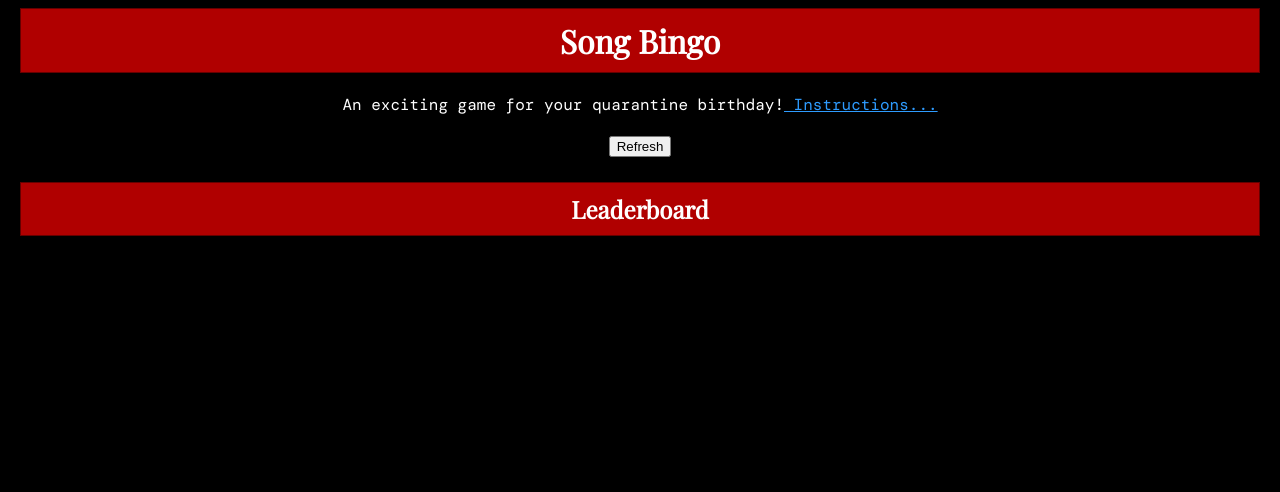
Repository: salsal97/birthday-bingo
Page: bingo.html
An editor plug-in stored every save of this project. The page is shown before and after the next save, followed by the edit.
The browser window is 1280 px wide. The pictures show the whole page.

Above is the page before, as saved 2020-05-23 20:04:03.

### bingo.html
<!--
Author: Saloni Goel, 2020
Previous Author: Werner Stoop, 2012
-->
<html>

<head>
    <link href='https://fonts.googleapis.com/css?family=Playfair+Display' rel='stylesheet'>
    <link href='https://fonts.googleapis.com/css?family=DM+Mono' rel='stylesheet'>
    <link rel="stylesheet" type="text/css" href="bingo.css">
    <title>Song Bingo</title>
    <!-- <script type="text/javascript" src="songs.json"></script> -->
    <script type="text/javascript">
        // var fs = require('fs');
        // var songs = fs.readFileSync("songs.json", "utf8");
        // var songs = $.getJSON("https://birthday-bingo.azurewebsites.net/songs.json");

        // var data = JSON.parse("https://birthday-bingo.azurewebsites.net/songs.json"); //.data;
        // var N = JSON.parse(songs).N;
        var N = 3;
        var data = [{
            friend: "p1",
            quote: "\" 1 Sun shining \"",
            song: "1 Sun shining",
            link: "www.youtube.com",
            artist: "1 art"
        }, {
            friend: "p2",
            quote: "\" 2 Sun shining \"",
            song: "2 Sun shining",
            link: "www.youtube.com",
            artist: "2 art"
        }, {
            friend: "p3",
            quote: "\" 3 Sun shining \"",
            song: "3 Sun shining",
            link: "www.youtube.com",
            artist: "3 art"
        }, {
            friend: "p4",
            quote: "\" 4 Sun shining \"",
            song: "4 Sun shining",
            link: "www.youtube.com",
            artist: "4 art"
        }, {
            friend: "p5",
            quote: "\" 5 Sun shining \"",
            song: "5 Sun shining",
            link: "www.youtube.com",
            artist: "5 art"
        }, {
            friend: "p6",
            quote: "\" 6 Sun shining \"",
            song: "6 Sun shining",
            link: "www.youtube.com",
            artist: "6 art"
        }, {
            friend: "p7",
            quote: "\" 7 Sun shining \"",
            song: "7 Sun shining",
            link: "www.youtube.com",
            artist: "7 art"
        }, {
            friend: "p8",
            quote: "\" 8 Sun shining \"",
            song: "8 Sun shining",
            link: "www.youtube.com",
            artist: "8 art"
        }, {
            friend: "p9",
            quote: "\" 9 Sun shining \"",
            song: "9 Sun shining",
            link: "www.youtube.com",
            artist: "9 art"
        }];

        var cells = {};

        function generate() {
            var usedWords = [];

            var node = document.getElementById("grid");

            // generate/restart game
            if (node.innerHTML && !confirm("Are you sure you want to regenerate?"))
                return;

            var html = '<table border="0">';
            for (var y = 0; y < N; y++) {
                html += "<tr>"
                for (var x = 0; x < N; x++) {

                    // pick a random object
                    // do {
                    // 	var i = Math.round(Math.random() * (N*N - 1));
                    // 	var obj = data[x+y*N];
                    // } while(usedWords.indexOf(obj.friend) >= 0);
                    // usedWords.push(obj.friend);
                    var obj = data[x + y * N];

                    // append object html
                    html += '<td id="cell_' + x + '_' + y + '" ><label><input id="chk-cell_' + x + '_' + y + '" type="button" onclick="cellClicked(\'cell_' + x + '_' + y + "')\">" + obj.song + " - " + obj.artist + "<br>" + obj.quote + "</label></td>";
                }
                html += "</tr>"
            }
            html += "</table>";
            node.innerHTML = html;
            // node.innerHTML = "<p>"+data+" puppy 1";
            save("bingo.grid", html);
            saveGameState();
        }

        /* http://diveintohtml5.info/storage.html */
        function supports_html5_storage() {
            try {
                return 'localStorage' in window && window['localStorage'] !== null;
            } catch (e) {
                return false;
            }
        }

        function cellClicked(id) {
            var c = document.getElementById("chk-" + id);
            var d = document.getElementById(id);
            var temp = id.split("_");
            var i = Number(temp[1]) + Number(temp[2]) * N;

            var person = prompt("Enter the name of the friend " + data[i].friend).toLowerCase();
            if (person != null) {
                if (person == data[i].friend) {
                    d.innerHTML = data[i].friend.toUpperCase();
                    d.style.backgroundColor = "#114C80";
                    //   d.className =(c.checked)?"highlight":"";
                } else {
                    d.style.backgroundColor = "#E69D29";
                    if (!d.innerHTML.endsWith(", ")) {
                        d.innerHTML += "<br> Wrong guess: ";
                    }
                    d.innerHTML += person + ", ";
                }
            }
            saveGameState();
        }

        function saveGameState() {
            for (var y = 0; y < N; y++) {
                for (var x = 0; x < N; x++) {
                    var id = 'cell_' + x + '_' + y;
                    var c = document.getElementById("chk-" + id);
                    if (id1.localeCompare(id) != 0)
                        save("bingo." + id1 + "--------" + id, c.checked);
                    else
                        save("bingo." + id + "_" + person, c.checked);
                }
            }
        }

        function loadGameState() {
            for (var y = 0; y < N; y++) {
                for (var x = 0; x < N; x++) {
                    var id = 'cell_' + x + '_' + y;
                    var c = document.getElementById("chk-" + id);
                    c.checked = (load("bingo." + id) == 'true');
                    var d = document.getElementById(id);
                    d.className = (c.checked) ? "highlight" : "";
                }
            }
        }

        function toggle(id) {
            var elem = document.getElementById(id);
            if (elem.style.display == "block")
                elem.style.display = "none";
            else
                elem.style.display = "block";
        }

        save = function(key, value) {};
        load = function(key) {
            return null
        };

        function start() {
            if (supports_html5_storage()) {
                save = function(key, value) {
                    localStorage.setItem(key, value);
                };
                load = function(key) {
                    return localStorage.getItem(key);
                };
            } else {
                alert("Your browser does not support localStorage.\nYou won't be able to persist the Bingo grid.\nUpgrading your browser may help.");
                return;
            }

            var grid = load("bingo.grid");
            if (grid) {
                console.log("Loaded a previously generated grid");
                var node = document.getElementById("grid");
                node.innerHTML = grid;
                loadGameState();
            }
        }
    </script>
</head>

<body onLoad="start()">
    <h1>Song Bingo</h1>

    <p>An exciting game for your quarantine birthday!<a href="javascript:toggle('instructions');"> Instructions...</a></p>

    <noscript>
<div class="error">
<strong>Problem:</strong>
<p><em>
You do not have JavaScript enabled. JavaScript must be enabled for this application to work.
</em></p>
</div>
</noscript>

    <div id="instructions">
        <h2>Instructions</h2>
        <ol>
            <noscript><li>Enable JavaScript</li></noscript>
            <li>Click <strong>Refresh</strong> to create your Bingo board.</li>
            <li>In the boxes you see the name of a song, its artist, and a quote from the song that someone chose for you </li>
            <li>Click on the button in the box to guess who chose this song! </li>
            <li>If your guess is right, the box will change color and display the name of the person (: </li>
            <li>If your guess is wrong, the box will show you your incorrect guess to help you narrow your search </li>
            <li>HINT: The main page of this website should be populated with the people who participated! We restricted this to first names to make it easy </li>
        </ol>
    </div>
    <form>
        <input type="button" value="Refresh" onClick="generate();" />
    </form>
    <div id="grid"></div>
    <h2>Leaderboard</h2>
    <div id="leaderboard"></div>
</body>

</html>

### bingo.css
body {
    color: white;
    background: black;
    text-align: center;
    font-family: DM Mono;
    margin-left: 20px;
    margin-right: 20px
}

a {
    color: #2E9CFF
}

h1 {
    background: #B00000;
    text-align: center;
    font-family: Playfair Display;
    padding: 10px;
    border: 1px solid #650000;
}

h2 {
    background: #B00000;
    font-family: Playfair Display;
    text-align: center;
    padding: 10px;
    border: 1px solid #650000;
}

table {
    margin-left: auto;
    margin-right: auto
}

td {
    background: #1769B3;
    padding: 10px 20px;
    text-align: center;
    border: 1px solid black;
}

.error {
    background-color: #FF7F7F;
    color: red;
    padding: 5px;
    margin: 20px 50px;
    border: 1px solid red;
}

td label {
    cursor: pointer;
    text-align: center;
}

form {
    margin: 5px;
    padding: 5px;
    color: green;
}

#instructions {
    display: none;
    border: 1px solid #650000;
    margin: 10px;
    padding: 20px;
    text-align: left;
}

After the next save:
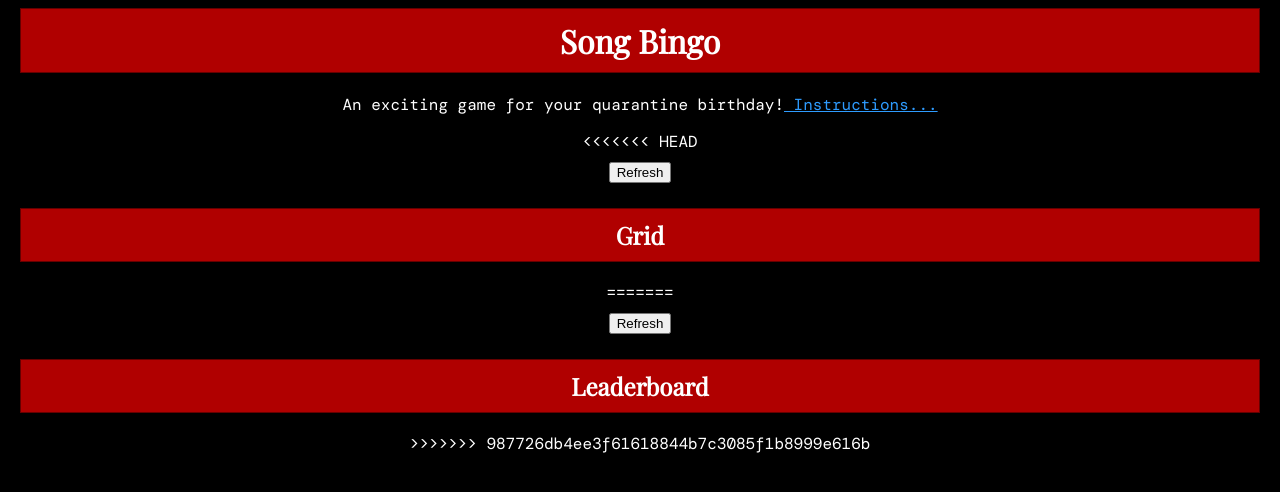
Saved 26 min 37 s later.
--- a/bingo.html
+++ b/bingo.html
@@ -99,7 +99,8 @@ Previous Author: Werner Stoop, 2012
                     var obj = data[x + y * N];
 
                     // append object html
-                    html += '<td id="cell_' + x + '_' + y + '" ><label><input id="chk-cell_' + x + '_' + y + '" type="button" onclick="cellClicked(\'cell_' + x + '_' + y + "')\">" + obj.song + " - " + obj.artist + "<br>" + obj.quote + "</label></td>";
+                    // html += '<td id="cell_' + x + '_' + y + '" ><label><input id="chk-cell_' + x + '_' + y + '" type="button" onclick="cellClicked(\'cell_' + x + '_' + y + "')\">" + obj.song + " - " + obj.artist + "<br>" + obj.quote + "</label></td>";
+					html += '<td>'+obj.song+'</td>';
                 }
                 html += "</tr>"
             }
@@ -218,6 +219,27 @@ You do not have JavaScript enabled. JavaScript must be enabled for this applicat
 </div>
 </noscript>
 
+<<<<<<< HEAD
+<div id="instructions">
+<h2>Instructions</h2>
+<ol>
+	<noscript><li>Enable JavaScript</li></noscript>
+	<li>Click <strong>Refresh</strong> to create your Bingo board.</li>
+	<li>In the boxes you see the name of a song, its artist, and a quote from the song that someone chose for you </li>
+	<li>Click on the button in the box to guess who chose this song!  </li>
+	<li>If your guess is right, the box will change color and display the name of the person (:  </li>
+	<li>If your guess is wrong, the box will show you your incorrect guess to help you narrow your search  </li>
+	<li>HINT: The main page of this website should be populated with the people who participated! I restricted this to first names to make it easy  </li>
+</ol>
+</div>
+<form>
+<input type="button" value="Refresh" onClick="generate();"/>
+</form>
+<h2>Grid</h2>
+<div id="grid"></div>
+</body>
+</html>
+=======
     <div id="instructions">
         <h2>Instructions</h2>
         <ol>
@@ -239,3 +261,4 @@ You do not have JavaScript enabled. JavaScript must be enabled for this applicat
 </body>
 
 </html>
+>>>>>>> 987726db4ee3f61618844b7c3085f1b8999e616b
